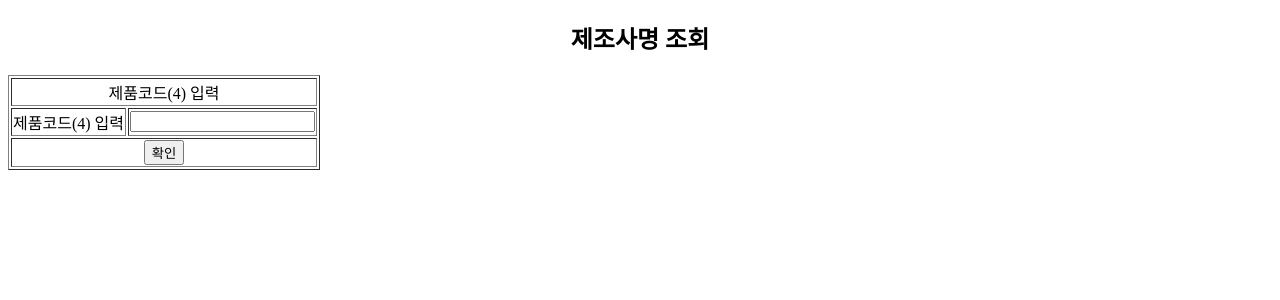
Repository: yyb03054/initProject
Page: http://localhost/examination/result.jsp
The author's editor kept a copy of each file at every save. The page is drawn from the files as they stood at one save, then again after the next save.
The browser window is 1280 px wide. The pictures show the whole page.
The page is served by Tomcat 9.

Above is the page before, as saved 2022-02-10 02:43:27.

After the next save:
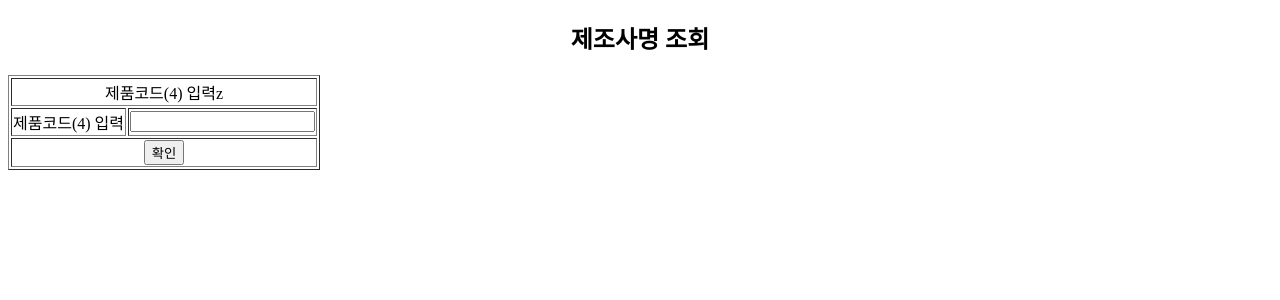
Saved 17 s later.
--- a/examination/WebContent/result.jsp
+++ b/examination/WebContent/result.jsp
@@ -12,7 +12,7 @@
 	   <table border="1">
 	   				<tr>
 	   								<td colspan="2" align="center">
-	   												제품코드(4) 입력
+	   												제품코드(4) 입력z
 	   								</td>
 	   				</tr>
 	   				<tr>
